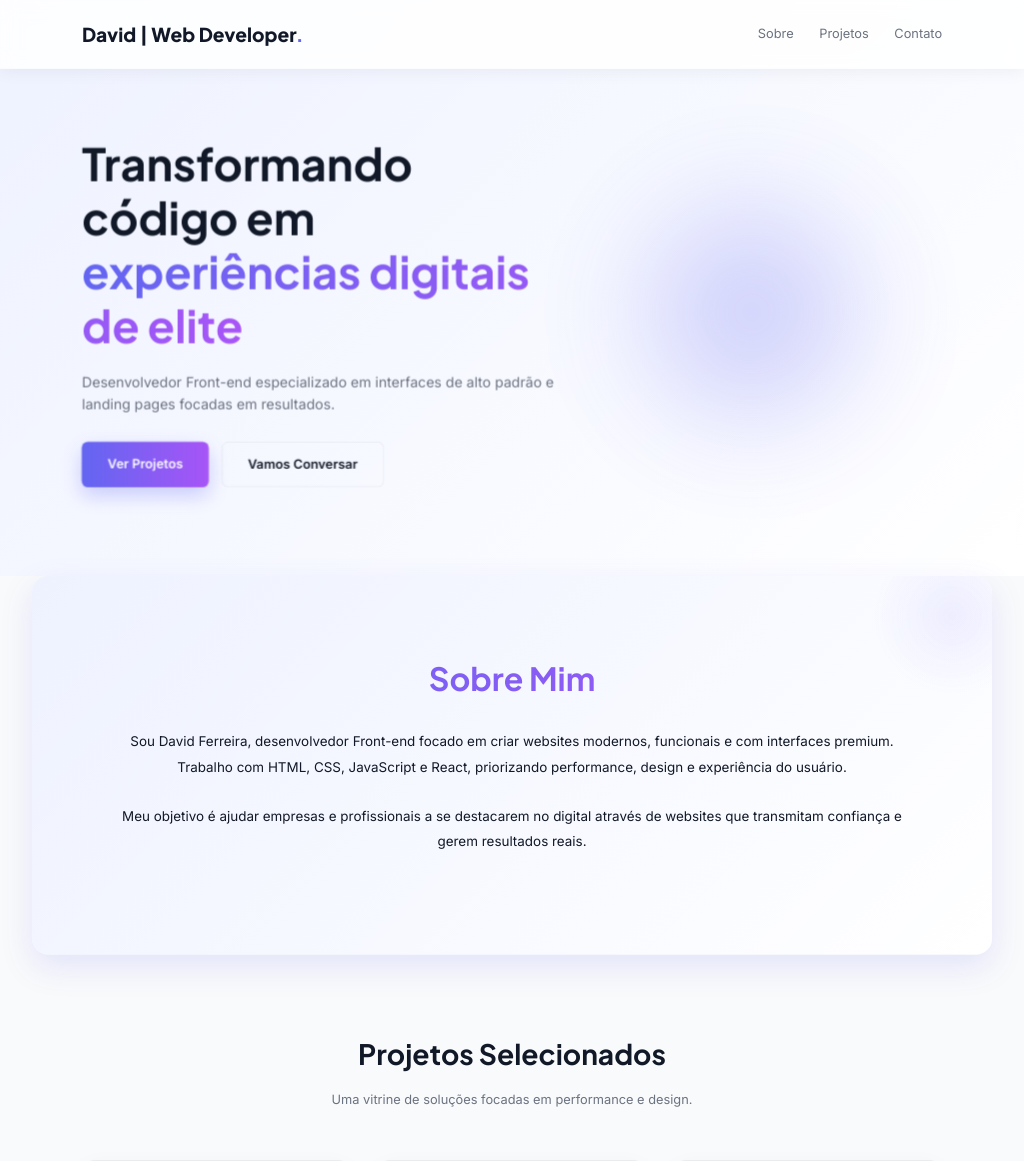
Repository: davidfsillva/David_Ferreira
Page: index.html
The author's editor kept a copy of each file at every save. The page is drawn from the files as they stood at one save, then again after the next save.
The browser window is 1280 px wide. The pictures show the part of the page from y = 0 to 1451 px (the page is 2777 px tall), at 80% of full size.
Pictures or frames that could not be fetched are drawn as grey boxes.

Above is the page before, as saved 2026-02-11 12:08:26.
Console error: TypeError: Cannot read properties of null (reading 'addEventListener')

### index.html
<!DOCTYPE html>
<html lang="pt-BR">
<head>
    <meta charset="UTF-8">
    <meta name="viewport" content="width=device-width, initial-scale=1.0">

    <title>David Ferreira | Desenvolvedor Front-end & UI Designer Premium</title>

    <!-- SEO Primário -->
    <meta name="description" content="David Ferreira é desenvolvedor front-end especializado em interfaces premium, landing pages de alta conversão e experiências digitais modernas.">
    <meta name="keywords" content="Desenvolvedor Front-end, Web Designer, UI Designer, Landing Page, Desenvolvimento Web, Freelancer Brasil">
    <meta name="author" content="David Ferreira">
    <meta name="robots" content="index, follow">
    <link rel="canonical" href="https://seudominio.com/">

    <!-- Open Graph (Facebook, LinkedIn) -->
    <meta property="og:title" content="David Ferreira | Desenvolvedor Front-end Premium">
    <meta property="og:description" content="Interfaces digitais de alto padrão, focadas em performance e conversão.">
    <meta property="og:image" content="https://seudominio.com/preview.jpg">
    <meta property="og:url" content="https://seudominio.com/">
    <meta property="og:type" content="website">

    <!-- Twitter Card -->
    <meta name="twitter:card" content="summary_large_image">
    <meta name="twitter:title" content="David Ferreira | Web Developer">
    <meta name="twitter:description" content="Desenvolvimento web premium focado em performance e design moderno.">
    <meta name="twitter:image" content="https://seudominio.com/preview.jpg">

    <!-- Favicon -->
    <link rel="icon" href="favicon.ico" type="image/x-icon">

    <!-- Fonts -->
    <link href="https://fonts.googleapis.com/css2?family=Inter:wght@300;400;600&family=Plus+Jakarta+Sans:wght@700;800&display=swap" rel="stylesheet">

    <link rel="stylesheet" href="style.css">
</head>


<body>

    <!-- NAVBAR -->
    <nav class="navbar">
        <div class="logo">David | Web Developer<span>.</span></div>
        <ul class="nav-links">
            <li><a href="#about">Sobre</a></li>
            <li><a href="#portfolio">Projetos</a></li>
            <li><a href="#contact" class="btn-sm">Contato</a></li>
        </ul>
    </nav>

    <!-- HERO -->
    <section class="hero">
        <div class="hero-content">
            <h1>Transformando código em <span>experiências digitais de elite</span></h1>
            <p>Desenvolvedor Front-end especializado em interfaces de alto padrão e landing pages focadas em resultados.</p>
            <div class="hero-btns">
                <a href="#portfolio" class="btn-primary">Ver Projetos</a>
                <a href="#contact" class="btn-secondary">Vamos Conversar</a>
            </div>
        </div>
        <div class="hero-visual">
            <div class="hero-glow"></div>
        </div>
    </section>

    <!-- SOBRE -->
    <section id="about" class="section">
        <h2>Sobre Mim</h2>
        <p>Sou David Ferreira, desenvolvedor Front-end focado em criar websites modernos, funcionais e com interfaces premium. Trabalho com HTML, CSS, JavaScript e React, priorizando performance, design e experiência do usuário.</p>
        <p>Meu objetivo é ajudar empresas e profissionais a se destacarem no digital através de websites que transmitam confiança e gerem resultados reais.</p>
    </section>

    <!-- PORTFÓLIO -->
    <section id="portfolio" class="portfolio">
        <div class="section-header">
            <h2>Projetos Selecionados</h2>
            <p>Uma vitrine de soluções focadas em performance e design.</p>
        </div>
        <div class="portfolio-grid">
            <!-- Projeto 1 -->
            <a href="https://davidfsillva.github.io/Alex-Carter/" target="_blank" class="project-link">
                <div class="project-card">
                    <div class="card-image">
                        <img src="img/alex.png" alt="Projeto Alex Carter">
                        <div class="card-overlay"><span>Ver Detalhes</span></div>
                    </div>
                    <div class="card-info">
                        <h3>Alex Carter | Landing Page</h3>
                        <p>Website de personal branding para atleta profissional.</p>
                    </div>
                </div>
            </a>

            <!-- Projeto 2 -->
            <a href="https://davidfsillva.github.io/e-hammershark/" target="_blank" class="project-link">
                <div class="project-card">
                    <div class="card-image">
                        <img src="img/ecomerce.png" alt="Projeto Hammershark">
                        <div class="card-overlay"><span>Ver Detalhes</span></div>
                    </div>
                    <div class="card-info">
                        <h3>Hammershark | E-commerce</h3>
                        <p>E-commerce de moda fitness, focado em branding e experiência de compra.</p>
                    </div>
                </div>
            </a>

            <!-- Projeto 3 -->
            <a href="https://davidfsillva.github.io/landing-page/" target="_blank" class="project-link">
                <div class="project-card">
                    <div class="card-image">
                        <img src="img/landingpage.png" alt="Projeto Landing Page">
                        <div class="card-overlay"><span>Ver Detalhes</span></div>
                    </div>
                    <div class="card-info">
                        <h3>Lucas Andrade | Landing Page</h3>
                        <p>Landing page estratégica para geração de leads e conversão.</p>
                    </div>
                </div>
            </a>

            <!-- Projeto 4 -->
            <a href="https://davidfsillva.github.io/beatriz-almeida-adv/" target="_blank" class="project-link">
                <div class="project-card">
                    <div class="card-image">
                        <img src="img/adv.png" alt="Projeto Beatriz Almeida Advogados">
                        <div class="card-overlay"><span>Ver Detalhes</span></div>
                    </div>
                    <div class="card-info">
                        <h3>Beatriz Almeida Advogados | Website Institucional</h3>
                        <p>Website institucional transmitindo autoridade e confiança.</p>
                    </div>
                </div>
            </a>
        </div>
    </section>

    <!-- CTA / CONTATO -->
    <section id="contact" class="cta-section">
        <h2>Pronto para elevar seu nível digital?</h2>
        <p>Vamos transformar sua ideia em uma interface de classe mundial.</p>
        <a href="https://wa.me/5599999999999" target="_blank" class="btn-whatsapp">Iniciar Conversa no WhatsApp</a>
    </section>

    <!-- FOOTER -->
    <footer>
        <div class="footer-content">
            <p>&copy; 2026 David Ferreira. Todos os direitos reservados.</p>
            <div class="social-links">
                <a href="#" target="_blank">Instagram</a>
                <a href="#" target="_blank">LinkedIn</a>
                <a href="#" target="_blank">GitHub</a>
            </div>
        </div>
    </footer>

    <script src="scripts.js"></script>
</body>
</html>
</html>

### style.css
:root {
  --primary: #6366f1;
  --primary-light: #818cf8;
  --accent: #a855f7;
  --text-dark: #111827;
  --text-light: #6b7280;
  --bg-light: #f9fafb;
  --white: #ffffff;
  --transition: all 0.3s ease;
}

/* RESET */
* {
  margin: 0;
  padding: 0;
  box-sizing: border-box;
}

html {
  scroll-behavior: smooth;
}

body {
  font-family: 'Inter', sans-serif;
  background: var(--bg-light);
  color: var(--text-dark);
  line-height: 1.6;
  animation: fadePage 0.8s ease-in-out;
}

@keyframes fadePage {
  from { opacity: 0; transform: translateY(10px); }
  to { opacity: 1; transform: translateY(0); }
}

/* NAVBAR */
.navbar {
  position: fixed;
  width: 100%;
  top: 0;
  padding: 1.5rem 8%;
  display: flex;
  justify-content: space-between;
  align-items: center;
  background: rgba(255,255,255,0.85);
  backdrop-filter: blur(12px);
  box-shadow: 0 4px 20px rgba(0,0,0,0.05);
  z-index: 1000;
  transition: var(--transition);
}

.logo {
  font-family: 'Plus Jakarta Sans', sans-serif;
  font-weight: 800;
  font-size: 1.5rem;
}

.logo span {
  color: var(--primary);
}

.nav-links {
  display: flex;
  list-style: none;
  gap: 2rem;
}

.nav-links a {
  text-decoration: none;
  color: var(--text-light);
  font-weight: 500;
  transition: var(--transition);
}

.nav-links a:hover {
  color: var(--primary);
  transform: translateY(-2px);
}

/* HERO */
.hero {
  min-height: 100vh;
  padding: 120px 8% 60px;
  display: flex;
  align-items: center;
  justify-content: space-between;
  background: linear-gradient(135deg, #eef2ff, #ffffff);
  flex-wrap: wrap;
}

.hero-content {
  max-width: 600px;
  animation: heroFade 1s ease 0.2s both;
}

@keyframes heroFade {
  from { opacity: 0; transform: translateY(40px); }
  to { opacity: 1; transform: translateY(0); }
}

.badge {
  display: inline-block;
  padding: 0.5rem 1rem;
  background: rgba(99,102,241,0.1);
  color: var(--primary);
  border-radius: 20px;
  font-size: 0.8rem;
  font-weight: 600;
  margin-bottom: 1.5rem;
}

.hero h1 {
  font-family: 'Plus Jakarta Sans', sans-serif;
  font-size: clamp(2rem, 5vw, 3.5rem);
  line-height: 1.2;
  margin-bottom: 1.5rem;
}

.hero h1 span {
  background: linear-gradient(90deg, var(--primary), var(--accent));
  -webkit-background-clip: text;
  -webkit-text-fill-color: transparent;
}

.hero p {
  font-size: 1.1rem;
  color: var(--text-light);
  margin-bottom: 2rem;
}

/* BUTTONS */
.btn-primary,
.btn-secondary,
.btn-whatsapp {
  display: inline-block;
  padding: 0.9rem 2rem;
  border-radius: 8px;
  text-decoration: none;
  font-weight: 600;
  transition: all 0.3s ease;
  position: relative;
  overflow: hidden;
}

.btn-primary {
  background: linear-gradient(90deg, var(--primary), var(--accent));
  color: white;
  box-shadow: 0 10px 25px rgba(99,102,241,0.3);
}

.btn-primary:hover {
  transform: translateY(-4px) scale(1.03);
}

.btn-primary:active {
  transform: scale(0.96);
}

.btn-primary::after {
  content: "";
  position: absolute;
  width: 200%;
  height: 200%;
  background: radial-gradient(circle, rgba(255,255,255,0.4), transparent 60%);
  top: -50%;
  left: -50%;
  opacity: 0;
  transition: opacity 0.4s ease;
}

.btn-primary:hover::after {
  opacity: 1;
}

.btn-secondary {
  border: 1px solid #e5e7eb;
  color: var(--text-dark);
  margin-left: 1rem;
}

.btn-secondary:hover {
  background: #f3f4f6;
  transform: translateY(-4px);
}

.btn-secondary:active {
  transform: scale(0.96);
}

.btn-whatsapp {
  background: #25d366;
  color: white;
}

.btn-whatsapp:hover {
  transform: translateY(-4px) scale(1.03);
}

.btn-whatsapp:active {
  transform: scale(0.96);
}

.hero-btns {
  display: flex;
  flex-wrap: wrap;
}

#about {
  text-align: center;
  max-width: 1200px; /* ocupa mais largura sem ficar exagerado */
  margin: 0 auto;
  padding: 6rem 8%;
  background: linear-gradient(135deg, #eef2ff 0%, #ffffff 100%); /* combina com hero */
  border-radius: 20px; /* bordas suaves */
  box-shadow: 0 15px 40px rgba(99,102,241,0.15); /* sombra leve e elegante */
  position: relative;
  overflow: hidden;
}

#about::before {
  content: "";
  position: absolute;
  width: 200px;
  height: 200px;
  background: radial-gradient(circle, rgba(163,155,253,0.2), transparent 70%);
  top: -50px;
  right: -50px;
  border-radius: 50%;
  z-index: 0;
  animation: pulseGlow 6s infinite ease-in-out;
}

#about h2 {
  font-family: 'Plus Jakarta Sans', sans-serif;
  font-size: clamp(2rem, 4vw, 2.5rem);
  margin-bottom: 2rem;
  position: relative;
  z-index: 1;
  background: linear-gradient(90deg, var(--primary), var(--accent));
  -webkit-background-clip: text;
  -webkit-text-fill-color: transparent;
}

#about p {
  font-size: 1.05rem;
  line-height: 1.9;
  color: var(--text-dark);
  margin-bottom: 1.8rem;
  position: relative;
  z-index: 1;
  opacity: 0;
  transform: translateY(20px);
  animation: fadeUp 1s forwards;
  animation-delay: 0.3s;
}

/* Animação suave */
@keyframes fadeUp {
  to {
    opacity: 1;
    transform: translateY(0);
  }
}



/* HERO VISUAL */
.hero-visual {
  flex: 1;
  min-height: 400px;
  display: flex;
  justify-content: center;
  align-items: center;
}

.hero-glow {
  width: 350px;
  height: 350px;
  background: radial-gradient(circle, rgba(99,102,241,0.4), transparent 70%);
  border-radius: 50%;
  filter: blur(60px);
  animation: pulseGlow 4s infinite ease-in-out;
}

@keyframes pulseGlow {
  0% { transform: scale(1); opacity: 0.7; }
  50% { transform: scale(1.1); opacity: 1; }
  100% { transform: scale(1); opacity: 0.7; }
}

/* PORTFOLIO */
.portfolio {
  padding: 6rem 8%;
}

.section-header {
  text-align: center;
  margin-bottom: 4rem;
}

.section-header h2 {
  font-family: 'Plus Jakarta Sans', sans-serif;
  font-size: 2.2rem;
  margin-bottom: 1rem;
}

.section-header p {
  color: var(--text-light);
}

.portfolio-grid {
  display: grid;
  grid-template-columns: repeat(auto-fit, minmax(280px, 1fr));
  gap: 2rem;
}

.project-card {
  background: var(--white);
  border-radius: 16px;
  overflow: hidden;
  box-shadow: 0 10px 30px rgba(0,0,0,0.06);
  cursor: pointer;
  transition: transform 0.4s ease, box-shadow 0.4s ease;
  will-change: transform;
}

.project-card:hover {
  transform: translateY(-12px) scale(1.03);
  box-shadow: 0 25px 50px rgba(99,102,241,0.2);
}

.card-image {
  position: relative;
  overflow: hidden;
}

.card-image img {
  width: 100%;
  height: 220px;
  object-fit: cover;
  display: block;
  transition: transform 0.6s ease;
}

.project-card:hover .card-image img {
  transform: scale(1.08);
}

.card-overlay {
  position: absolute;
  inset: 0;
  background: rgba(99,102,241,0.8);
  display: flex;
  justify-content: center;
  align-items: center;
  color: white;
  font-weight: 600;
  opacity: 0;
  transition: opacity 0.4s ease;
}

.project-card:hover .card-overlay {
  opacity: 1;
}

.card-info {
  padding: 1.5rem;
}

.card-info h3 {
  margin-bottom: 0.5rem;
}

.card-info p {
  color: var(--text-light);
}

.project-link {
  text-decoration: none;
  color: inherit;
  display: block;
}


/* CTA */
.cta-section {
  padding: 5rem 8%;
  text-align: center;
  background: linear-gradient(135deg, #eef2ff, #ffffff);
}

/* FOOTER */
footer {
  padding: 2rem 8%;
  background: var(--white);
  border-top: 1px solid #e5e7eb;
}

.footer-content {
  display: flex;
  justify-content: space-between;
  flex-wrap: wrap;
  gap: 1rem;
}

.social-links a {
  text-decoration: none;
  margin-left: 1rem;
  color: var(--text-light);
  transition: var(--transition);
}

.social-links a:hover {
  color: var(--primary);
  transform: translateY(-2px);
}

.cta-section p {
  color: var(--text-light);
  margin-bottom: 2.5rem; /* aumenta espaço abaixo do texto */
}

.btn-whatsapp {
  display: inline-block;
  background: #25d366;
  color: white;
  padding: 1rem 2rem;
  border-radius: 8px;
  text-decoration: none;
  font-weight: 600;
  transition: var(--transition);
  margin-top: 0.5rem; /* pequeno respiro extra */
}


/* MODAL */
.modal-overlay {
  position: fixed;
  inset: 0;
  background: rgba(0,0,0,0.6);
  display: none;
  justify-content: center;
  align-items: center;
  padding: 2rem;
  z-index: 2000;
}

.modal-content {
  background: white;
  width: 100%;
  max-width: 900px;
  border-radius: 20px;
  overflow: hidden;
  animation: modalZoom 0.4s cubic-bezier(.23,1,.32,1);
  position: relative;
}

@keyframes modalZoom {
  from { opacity: 0; transform: scale(0.85) translateY(20px); }
  to { opacity: 1; transform: scale(1) translateY(0); }
}

.modal-body {
  display: grid;
  grid-template-columns: 1fr 1fr;
}

.modal-img {
  min-height: 300px;
  background-size: cover !important;
}

.modal-text {
  padding: 2rem;
}

.close-modal {
  position: absolute;
  top: 20px;
  right: 25px;
  background: none;
  border: none;
  font-size: 2rem;
  cursor: pointer;
  transition: transform 0.3s ease;
}

.close-modal:hover {
  transform: rotate(90deg);
}

/* RESPONSIVO */
@media (max-width: 900px) {
  .hero {
    flex-direction: column;
    text-align: center;
  }

  .hero-visual {
    margin-top: 3rem;
  }

  .modal-body {
    grid-template-columns: 1fr;
  }
}

@media (max-width: 600px) {
  .navbar {
    padding: 1rem 5%;
  }

  .nav-links {
    display: none;
  }

  .hero {
    padding: 100px 5% 60px;
  }

  .portfolio {
    padding: 4rem 5%;
  }

  .cta-section {
    padding: 4rem 5%;
  }

  footer {
    padding: 2rem 5%;
  }

  .footer-content {
    flex-direction: column;
    text-align: center;
  }

  .social-links a {
    margin: 0 0.5rem;
  }
}

Loaded but not shown: scripts.js (103 lines, source omitted)

After the next save:
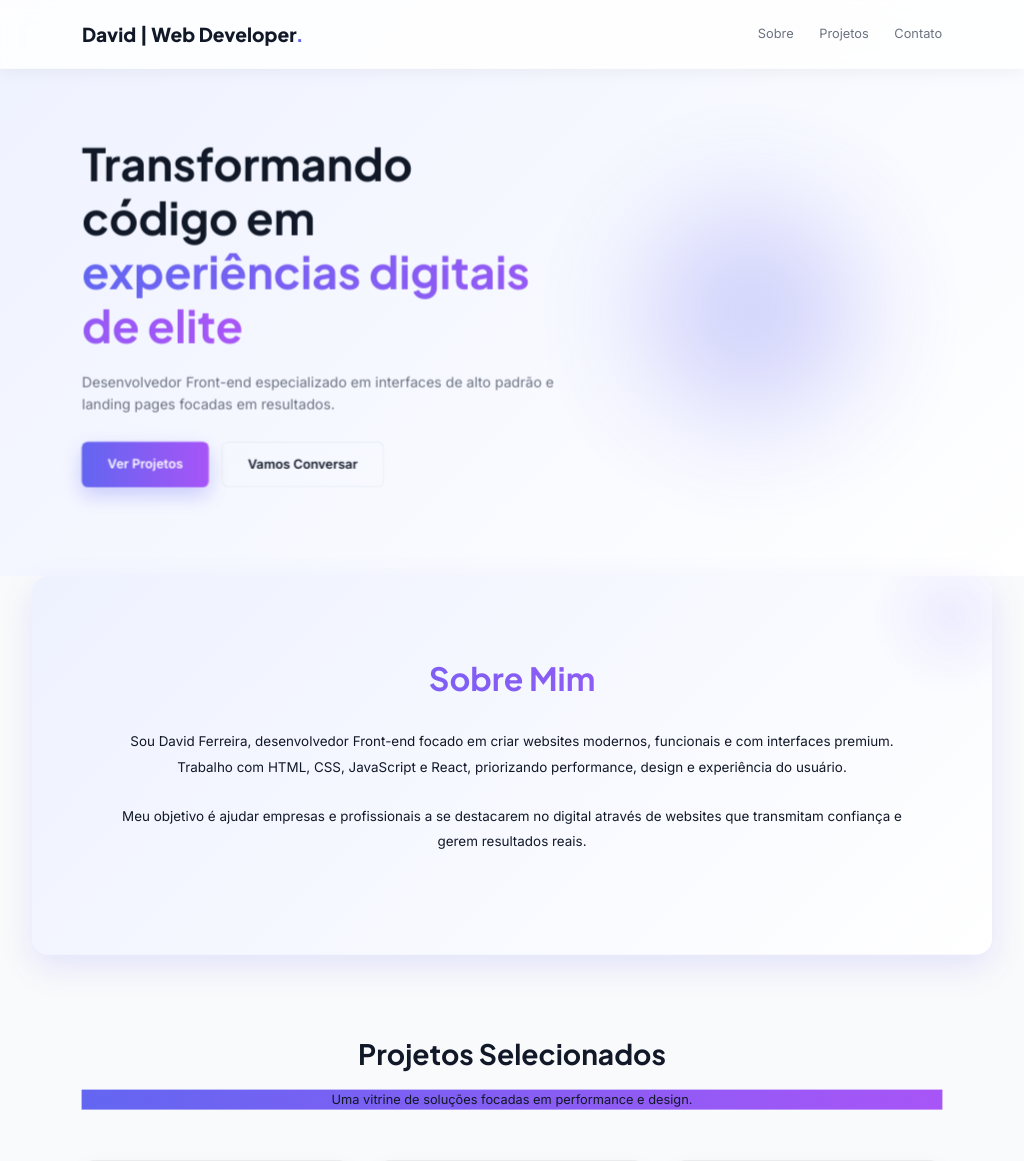
Saved 7 s later.
--- a/style.css
+++ b/style.css
@@ -305,8 +305,7 @@
 }
 
 .section-header p {
-  color: var(--text-light);
-}
+  background: linear-gradient(90deg, var(--primary), var(--accent));}
 
 .portfolio-grid {
   display: grid;

After the save that followed:
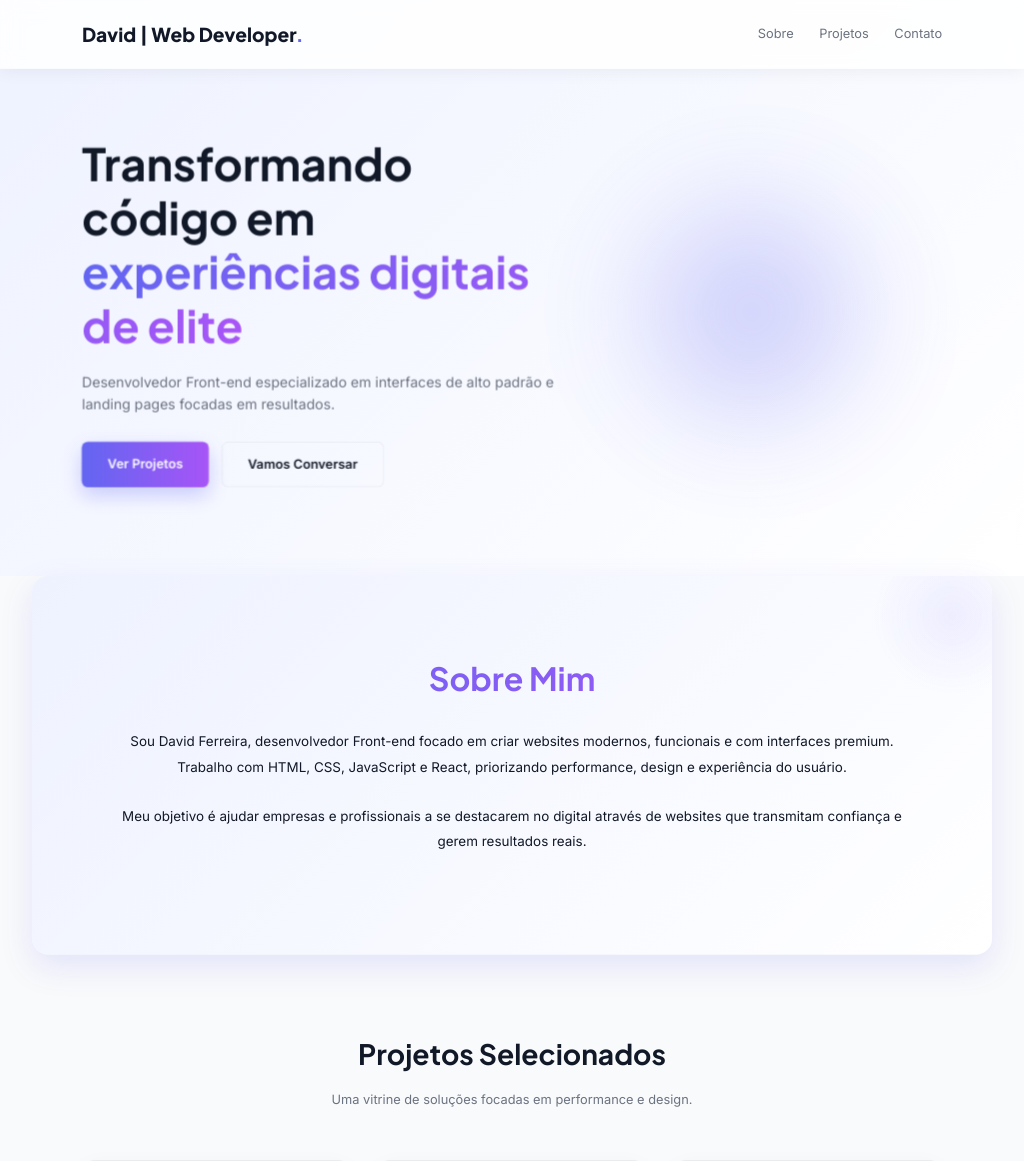
Saved 8 s later.
--- a/style.css
+++ b/style.css
@@ -305,7 +305,8 @@
 }
 
 .section-header p {
-  background: linear-gradient(90deg, var(--primary), var(--accent));}
+  color: var(--text-light);
+}
 
 .portfolio-grid {
   display: grid;
